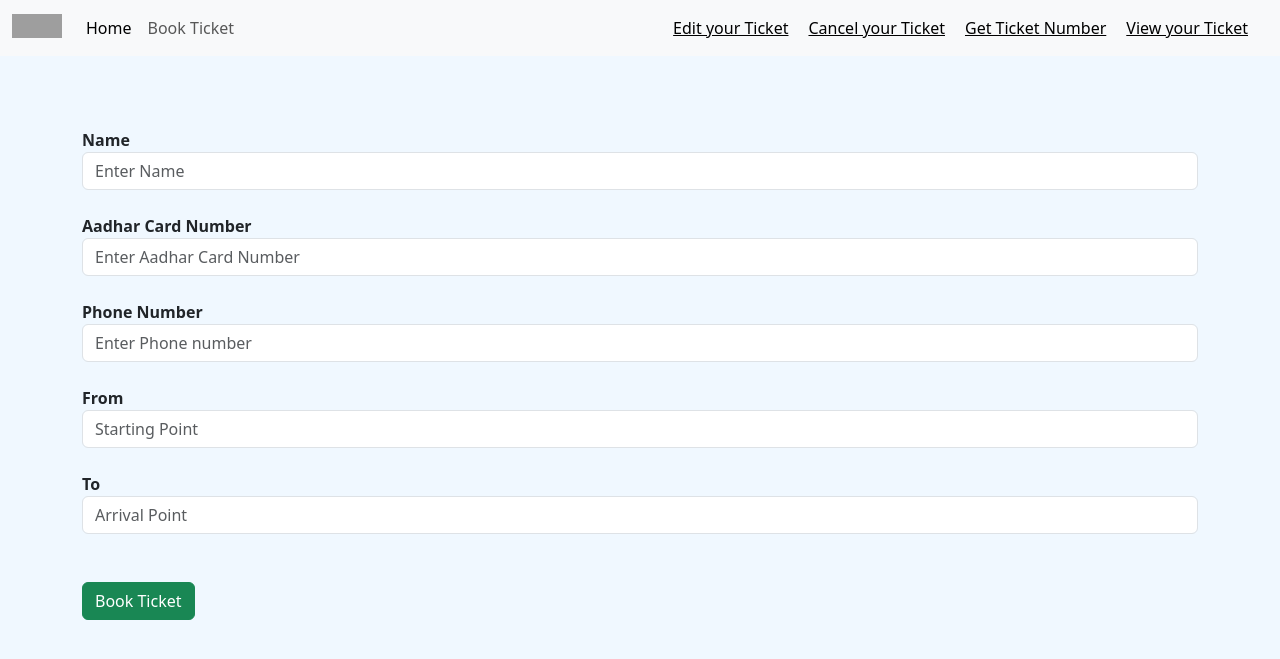
Repository: MayankSardana/Book-My-Ticket
Page: http://localhost/Book
The author's editor kept a copy of each file at every save. The page is drawn from the files as they stood at one save, then again after the next save.
The browser window is 1280 px wide. The pictures show the whole page.
Pictures or frames that could not be fetched are drawn as grey boxes. The page is this project's Thymeleaf template; nobody is signed in. The template is opened directly, without the code that normally fills it, so the values that code supplies are empty.

Above is the page before, as saved 2024-07-03 05:38:17.

### BookMyTicket/src/main/resources/templates/Book.html
<!doctype html>
<html lang="en" xmlns:th="http://www.thymeleaf.org">
  <head>
    <meta charset="utf-8">
    <meta name="viewport" content="width=device-width, initial-scale=1">
    <title>Book Ticket</title>
    <link href="https://cdn.jsdelivr.net/npm/bootstrap@5.3.3/dist/css/bootstrap.min.css" rel="stylesheet" integrity="sha384-QWTKZyjpPEjISv5WaRU9OFeRpok6YctnYmDr5pNlyT2bRjXh0JMhjY6hW+ALEwIH" crossorigin="anonymous">
    <style>
        h2{
            margin-left: 400px;
            font-size:50px;
        }
        label{
            font-weight: bold;
        }

        body{
            background-color:aliceblue;
        }

		.tt{
		          text-decoration:underline;
		          padding:10px;
		          margin-left:450px;
		      }
			.n{
				margin-right:20px;
			}

			.h4{

				color:darkgreen;
			}

			.div{
				display:flex;
				justify-content:space-between;
			}

		.d{
			color:darkgreen;
			text-decoration: underline;
			font-weight: bold;
			font-size: large;
		}

    </style>
  </head>
  <body>

	<nav class="navbar navbar-expand-lg bg-body-tertiary">
	        <div class="container-fluid">
	         <a class="navbar-brand" href="#">
	      <img src="https://i.pinimg.com/280x280_RS/84/4b/a1/844ba1cb3439dca10d316e4310721cc6.jpg" alt="Logo" width="50" height="24" class="d-inline-block align-text-top">

	    </a>
	          <button class="navbar-toggler" type="button" data-bs-toggle="collapse" data-bs-target="#navbarText" aria-controls="navbarText" aria-expanded="false" aria-label="Toggle navigation">
	            <span class="navbar-toggler-icon"></span>
	          </button>
	          <div class="collapse navbar-collapse" id="navbarText">
	            <ul class="navbar-nav me-auto mb-2 mb-lg-0">
	              <li class="nav-item">
	                <a class="nav-link active" aria-current="page" href="/">Home</a>
	              </li>
	              <li class="nav-item">
	                <a class="nav-link" href="/book">Book Ticket</a>
	              </li>
	            </ul>
				<span class="n navbar-text">
				     <a href = "/edit">Edit your Ticket</a>
				</span>
				<span class="n navbar-text">
					<a href = "/cancel">Cancel your Ticket</a>
			    </span>
				<span class="n navbar-text">
				   <a href = "/ticket">Get Ticket Number</a>
				</span>
	            <span class="n navbar-text">
	                <a href = "/view">View your Ticket</a>
	            </span>

	          </div>
	        </div>
	      </nav>



    <div class="container mt-5">
		<p class = "d" th:text="${ticket}"></p>
		<br/>
        <form action="#" th:action="@{/saveTicket}" th:object="${person}" method="post">
          <div class="form-group">
            <label for="firstName">Name</label>
            <input type="text" th:field="*{name}" class="form-control" id="firstName" placeholder="Enter Name">
          </div>
          <br/>
          <div class="form-group">
            <label for="email">Aadhar Card Number</label>
            <input type="text" th:field="*{aadhaarCard}" class="form-control"  placeholder="Enter Aadhar Card Number">
          </div>
          <br/>
          <div class="form-group">
            <label for="email">Phone Number</label>
            <input type="text" th:field="*{phoneNumber}" class="form-control"  placeholder="Enter Phone number">
          </div>
          <br/>
          <div class="form-group">
            <label for="From">From</label>
            <input type="text" th:field="*{start}" class="form-control" placeholder="Starting Point">
          </div>
          <br/>
          <div class="form-group">
            <label for="To">To</label>
            <input type="text" th:field="*{end}" class="form-control" placeholder="Arrival Point">
          </div>
          <br/>
          <br/>
          <button type="submit" class="btn btn-success">Book Ticket</button>
		  <br/>
		  <br/>
        </form>
      </div>

    <script src="https://cdn.jsdelivr.net/npm/bootstrap@5.3.3/dist/js/bootstrap.bundle.min.js" integrity="sha384-YvpcrYf0tY3lHB60NNkmXc5s9fDVZLESaAA55NDzOxhy9GkcIdslK1eN7N6jIeHz" crossorigin="anonymous"></script>
  </body>
</html>

After the next save:
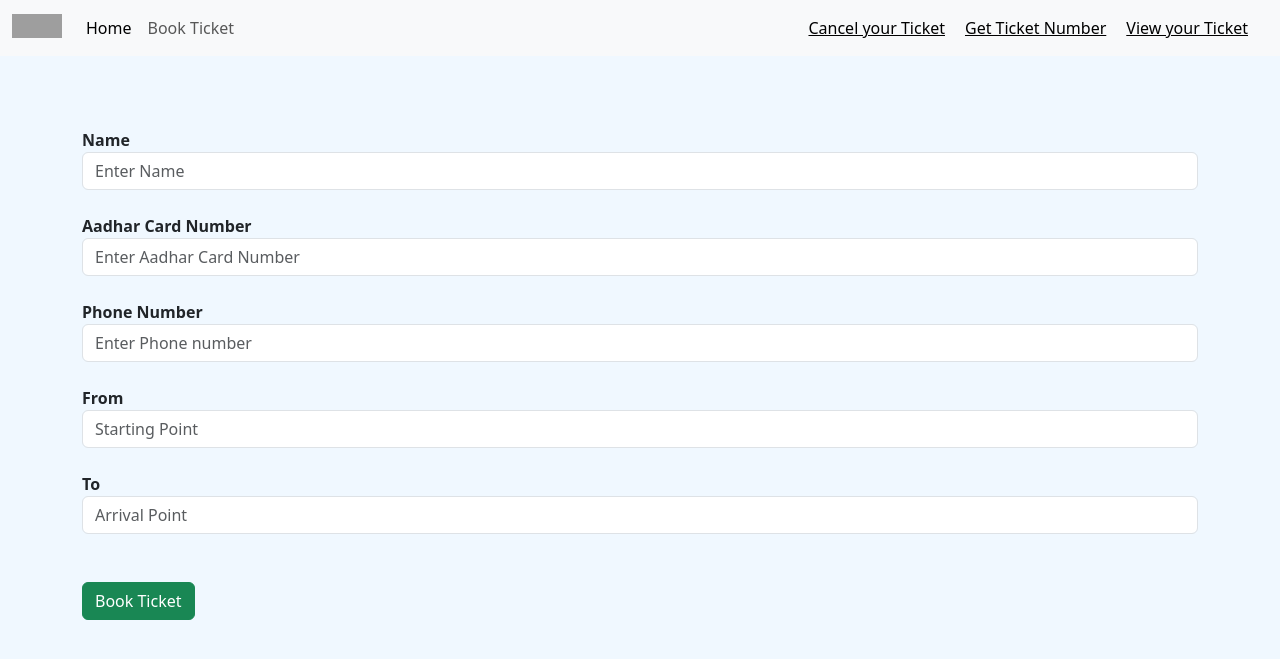
Saved 2 min 51 s later.
--- a/BookMyTicket/src/main/resources/templates/Book.html
+++ b/BookMyTicket/src/main/resources/templates/Book.html
@@ -66,9 +66,7 @@
 	                <a class="nav-link" href="/book">Book Ticket</a>
 	              </li>
 	            </ul>
-				<span class="n navbar-text">
-				     <a href = "/edit">Edit your Ticket</a>
-				</span>
+
 				<span class="n navbar-text">
 					<a href = "/cancel">Cancel your Ticket</a>
 			    </span>
